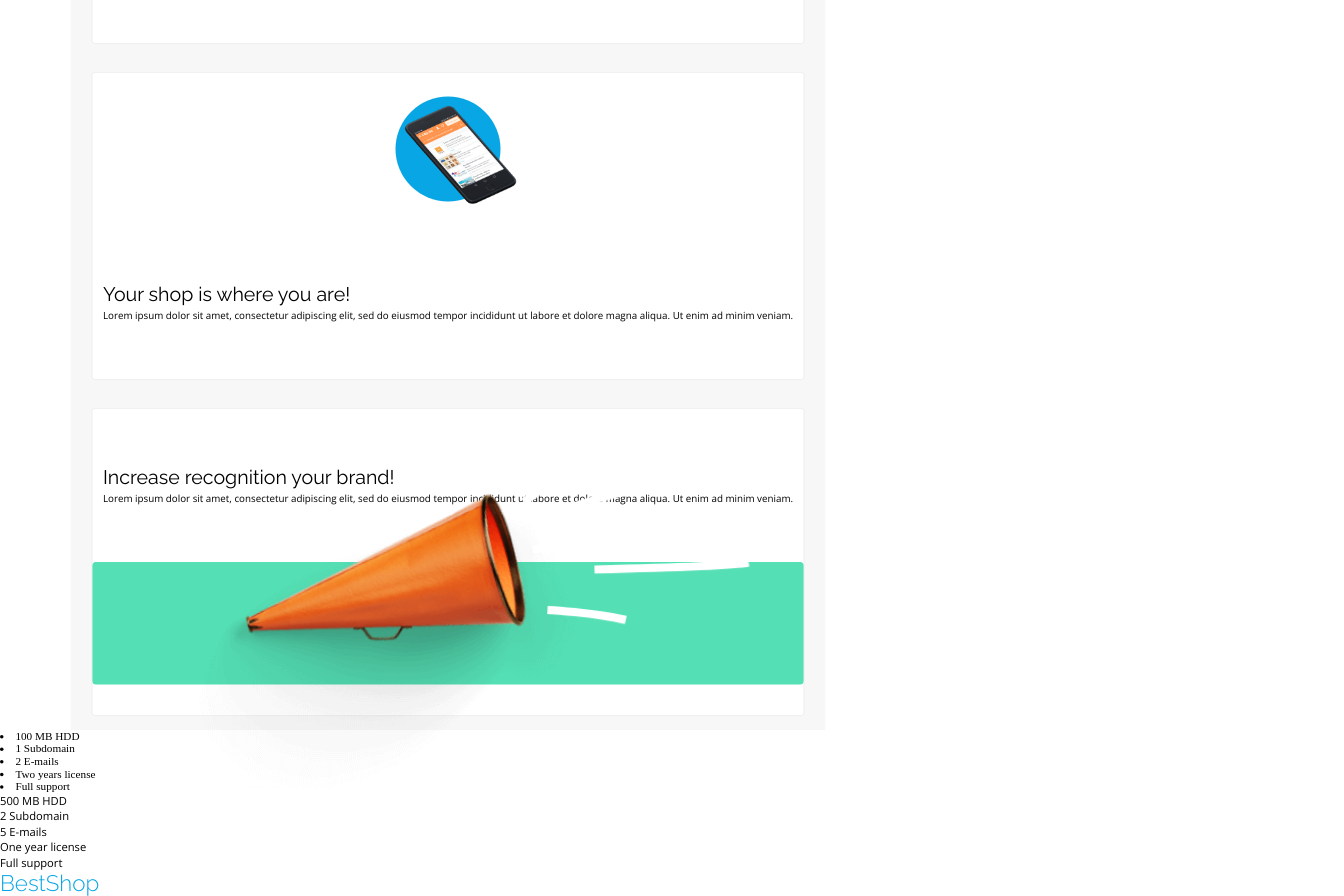
Repository: artwol993/BestShop
Page: index.html
An editor plug-in stored every save of this project. The page is shown before and after the next save, followed by the edit.
The browser window is 1280 px wide. The page is 1920 px wide, so the pictures cover 1920 px, including what lies to the right of the window. The pictures show the part of the page from y = 2227 to 3507 px (the page is 3507 px tall), at 70% of full size.
The style sheet was rebuilt from its Sass, Less or Tailwind sources for each picture, by a compiler version that may differ from the author's.

Above is the page before, as saved 2020-06-01 23:04:27.

### index.html
<!DOCTYPE html>
<html lang="en">
<head>
    <meta charset="UTF-8">
    <meta name="viewport" content="width=device-width, initial-scale=1.0">
    <title>BestShop[artwol993]</title>
    <link rel="stylesheet" href="css/main.css">
    <style>
        @import url('https://fonts.googleapis.com/css2?family=Open+Sans:wght@400;700&display=swap');
    </style>
    <style>
        @import url('https://fonts.googleapis.com/css2?family=Raleway:wght@300;400;700;800&display=swap');
    </style>
</head>
<body>
    <div class="main__container">
        <header>
            <div class="logo">BestShop</div>
            <nav class="nav">
                <!-- <button class="hamburger" aria-label="Menu">
                    <span class="hamburger__container" tabindex="-1">
                        <span class="hamburger__bars"></span>
                      </span>
                </button> -->
                <div class="side__menu">
                    <!-- <ul class="nav__list">
                        <li class="nav__list-item"><a href="" class="nav__link">why us</a></li>
                        <li class="nav__list-item"><a href="" class="nav__link">benefits</a></li>
                        <li class="nav__list-item"><a href="" class="nav__link">prices</a></li>
                        <li class="nav__list-item"><a href="" class="nav__link">contact</a></li>
                    </ul> -->
                </div>
            </nav>
        </header>

        <div class="content__container">
            <div class="main">

<!-- welcome-section -->

                <section class="welcome">
                    <div class="welcome__content">
                        <h1>Sell More!</h1>
                        <p>Open shop on our platform and incrase your sales</p>
                        <button class="main-btn">Open your shop</button>
                    </div>
                    <img src="/assets/Background.png" alt="notebook-picture" class="welcome__picture">
                </section>

<!-- stats-section -->

                <section class="stats">
                    <h2>The most popular sales platform in country</h2>
                    <div class="stats__container">
                        <div class="stats__bin">
                            <div class="stats__circle-person"></div>
                            <img src="./assets/Person.svg" alt="person-contour" class="stats__img-person">
                            <span>100000+</span>
                            <p>daily entries</p>
                        </div>
                        <div class="stats__bin">
                            <div class="stats__circle-eye"></div>
                            <img src="./assets/Eye.svg" alt="person-contour" class="stats__img-eye">
                            <span>200000+</span>
                            <p>seen products<br> every day</p>
                        </div>
                        <div class="stats__bin">
                            <div class="stats__circle-catalog"></div>
                            <img src="./assets/Catalog.svg" alt="person-contour" class="stats__img-catalog">
                            <span>10000+</span>
                            <p>added posts <br> daily</p>
                        </div>
                    </div>
                </section>

<!-- profits-section -->

                <section class="profits">
                    <div class="profits__container">
                        <div class="profits__box">
                            <div class="profits__box__double__img profits__box__double__img-notebook">
                                <img src="/assets/Macbook.png" alt="notebook-picture" class="notebook-picture">
                            </div>
                            <div class="profits__box__double">
                                <h2>Be always first</h2>
                                <p>Lorem ipsum dolor sit amet, consectetur adipiscing elit, sed do eiusmod tempor incididunt ut labore et dolore magna aliqua. Ut enim ad minim veniam.</p>
                            </div>
                        </div>
                        <div class="profits__box">
                            <div class="profits__box__double__img profits__box__double__img-iphone">
                                <img src="/assets/iPhone.png" alt="phone-picture" class="phone-picture">
                            </div>
                            <div class="profits__box__double">
                                <h2>Your shop is where you are!</h2>
                                <p>Lorem ipsum dolor sit amet, consectetur adipiscing elit, sed do eiusmod tempor incididunt ut labore et dolore magna aliqua. Ut enim ad minim veniam.</p>
                            </div>
                        </div>
                        <div class="profits__box">
                            <div class="profits__box__double">
                                <h2>Increase recognition your brand!</h2>
                                <p>Lorem ipsum dolor sit amet, consectetur adipiscing elit, sed do eiusmod tempor incididunt ut labore et dolore magna aliqua. Ut enim ad minim veniam.</p>
                            </div>
                            <div class="profits__box__double__img profits__box__double__img-trumpet">
                                <img src="/assets/Trumpet.png" alt="trumpet-photo" class="trumpet-picture" >
                            </div>
                        </div>

                    </div>
                </section>

<!-- pricing-section -->

                <section class="pricing">
                    <div class="pricing__container">
                        <h2></h2>
                        <div class="pricing__box">
                            <div class="pricing__box__price">

                            </div>
                            <div class="pricing__box__list">
                            <li class="include">100 MB HDD</li>
                            <li class="include">1 Subdomain</li>
                            <li class="include">2 E-mails</li>
                            <li class="not__include">Two years license</li>
                            <li class="not__include">Full support</li>

                        </div>
                        </div>
                        <div class="pricing__box">
                            <div class="pricing__box">
                                <div class="pricing__box__price">
                                    <ul class="pricing__list">
                                        <li class="include">500 MB HDD</li>
                                        <li class="include">2 Subdomain</li>
                                        <li class="include">5 E-mails</li>
                                        <li class="include">One year license</li>
                                        <li class="not__include">Full support</li>
                                    </ul>
                                </div>

                            </div>
                        </div>
                        <div class="pricing__box">

                        </div>


                    </div>
                </section>

<!-- contact-section -->

                <section class="contact"></section>
            </div>
        </div>

        <footer>
            <div class="logo">BestShop</div>
            <div class="footer-icon"></div>
            <div class="footer-icon"></div>
        </footer>
    </div>
</body>
</html>

### scss/main.scss
    $c-primary-first: #08a6e4;
    $c-primary-second: #fb3b64;
    $c-primary-third: #55dfb4;
    $c-black: #000000;
    $c-white: #ffffff;
    $c-background: #f7f7f7;
    $c-details: #a5a5a5;
    $c-shadow: #00000029;
    $f-h: 'Raleway', sans-serif;
    $f-p: 'Open Sans', sans-serif;
    $fw-light: 300;
    $fw-normal: 400;
    $fw-bold: 700;
    $fw-black: 800;

/*reset*/

  * {
      margin: 0;
      padding: 0;
      box-sizing: border-box;
  }

  /* fonts */

  a, p, ul, span {
    font-family: $f-p;
  }

  h1 {
    font-size: 3.063rem;
    font-weight: $fw-normal;
    font-family: $f-h;
    color: $c-black;
  }

  h2 {
    font-size: 2.188rem;
    font-weight: $fw-normal;
    font-family: $f-h;
    color: $c-black;
  }

  h3 {
    font-size: 1.25rem;
    font-weight: $fw-bold;
    margin: 5px;
    font-family: $f-h;
    color: $c-black;
  }

  .logo {
    font-size: 2rem;
    font-weight: $fw-light;
    font-family: $f-h;
    color: $c-primary-first;
    text-decoration: none;
    cursor: pointer;
  }

  .body {
      width: 100vh;
  }
  /*header*/
  header {
      height: 70px;
      display: flex;
      align-items: center;
      justify-content: space-between;
      padding: 0 25px;
      box-shadow: 0px 3px 6px $c-shadow;
  }

//   .hamburger {
//     margin: 0;
//     padding: 0;
//     border: 0;
//     background-color: transparent;
//     cursor: pointer;
//     &:focus {
//         & > .hamburger__container {
//           	box-shadow: 0 0 2px 2px #51a7e8;
//         }
//     }
//   }

//   .hamburger__container {
//     display: flex;
//     align-items: center;
//     position: relative;
//     width: 35px;
//     height: 30px;
//   }

//   .hamburger__bars {
//     position: absolute;
//     width: 35px;
//     height: 2px;
//     background-color: #000;
//     transition: transform 220ms ease-in-out;
//     &:before, &:after {
//         display: block;
//         position: absolute;
//         width: 35px;
//         height: 2px;
//         background-color: #000;
//         content: '';
//     }
//     &:before {
//         top: -12px;
//         transition: top 100ms 250ms ease-in, transform 220ms ease-in-out;
//     }
//     &:after {
//         bottom: -12px;
//         transition: bottom 100ms 250ms ease-in,
//           			transform 220ms ease-in-out;
//     }
//   }

//   .hamburger--active {
//     .hamburger__bars {
//         transform: rotate(225deg);
//         transition: transform 220ms 120ms ease-in-out;
//         &:before {
//             top: 0;
//             transition: top 100ms ease-out;
//         }
//         &:after {
//             bottom: 0;
//             transform: rotate(-90deg);
//             transition: bottom 100ms ease-out,
//             		  	transform 220ms 120ms ease-in-out;
//         }
//     }
// }

//   .hamburger, .hamburger__container {
//     &:focus {
//       	outline: none;
//   	}
//   }

//   .side__menu {
//     display: flex;
//     box-sizing: border-box;
//     position: absolute;
//     height: 70%;
//     width: 200px;
//     top: 70px;
//     right: -300px;
//     padding: 0;
//     background-color: red;
//     transition: 0.3s transform ease-in-out;
//   }

//   .side__menu ul {
//     position: absolute;
//     display: flex;
//     flex-direction: column;
//     box-sizing: border-box;
//     height: calc(100% - 70px);
//     flex-wrap: wrap;
//     margin: 0 10px;
//     padding: 0;
//     list-style-type: none;
//     align-content: flex-start;
//   }

//   .side-__menu ul li {
//     display: flex;
//     flex-direction: column;
//     height: 30px;
//     background: $c-primary-second;
//     flex-basis: 100%;
//     margin-top: 70px;
//     color: #696e9e;
//     border-radius: 5px;
//     overflow: hidden;
//   }

//   .side__menu ul li a {
//     display: flex;
//     padding: 10px;
//     align-items: center;
//     width: 100%;
//     height: 100%;
//     background: $c-primary-third;
//     text-decoration: none;
//     box-sizing: border-box;
//   }

//   .hamburger:focus ~ .side__menu, .side__menu:hover {
//     transform: translateX(-300px);
//   }

.nav__list {
  display: flex;
  justify-content: space-around;
  align-items: center;
}

.nav__list-item {
  // padding: 10px;
  list-style: none;
  // margin-right: 50px;
}

.nav__link {
  color: $c-details;
  font-weight: $fw-bold;
  text-decoration: none;
  text-transform: uppercase;
  font-size: 11px;

  &:hover {
    color: $c-black;
    border-bottom: solid 3px $c-primary-first;
    padding-bottom: 23px;
  }
}

/*content*/

.content__container {
  width: calc(100wv - 20px);
  // background: pink;
  display: flex;
  align-items: center;
  justify-content: center;
}

// .main {
//   background: blue;
// }

.welcome {
  display: flex;
  flex-direction: column;
  align-items: center;
}

.welcome__content {
  margin: 50px 10px;
  display: flex;
  flex-direction: column;
  align-items: center;
}

.welcome__content p {
  text-align: center;
  margin-top: 20px;
}

.main-btn {
  margin-top: 25px;
  padding: 22px 90px;
  border-radius: 40px;
  font-weight: 800;
  border: none;
  text-align: center;
  text-decoration: none;
  background: $c-primary-first;
  color: $c-white;
}

.welcome__picture {
  width: 200%;
  height: auto;
  margin-bottom: 20px;
  object-position: center;

}

// stats-section

.stats h2 {
  text-align: center;
  margin-top: 20px;
}

.stats__container {
  display: flex;
  flex-direction: column;
  align-items: center;
  margin: 10px 0;
}

.stats__bin {
  margin-top: 25px;
  display: flex;
  flex-direction: column;
  align-items: center;
}

div[class*="stats__circle"] {
  width: 63px;
  height: 63px;
  border-radius: 50%;
  position: relative;
  margin: 10px 0;
}

.stats__circle-person {
  background: $c-primary-second;
}
.stats__circle-eye {
  background: $c-primary-first;
}

.stats__circle-catalog {
  background: $c-primary-third;
}

img[class*="stats__img"] {
  position: absolute;
}

.stats__img-person {
  margin-top: 15px;
  margin-left: 25px;
}

.stats__img-eye {
  width: 65px;
  margin-top: 24px;
  margin-left: 23px;
}

.stats__img-catalog {
  margin-top: 15px;
  margin-left: 25px;
}

.stats__bin span {
  font-size: 20px;
  font-weight: $fw-bold;
  margin-top: 15px;
  letter-spacing: 3px;
}

.stats__bin p {
  margin-top: 15px;
  font-size: 17px;
  font-weight: $fw-normal;
  color: $c-details;
  text-align: center;
}

/*profits-section*/

.profits {
  display: flex;
  flex-direction: column;
  align-items: center;
}

.profits__container {
  display: flex;
  flex-direction: column;
  align-items: center;
  background: $c-background;
}

.profits__box {
  height: 440px;
  margin: 20px 30px;
  background: $c-white;
  border-radius: 5px;
  border: solid 1px #E8E9ED;
  box-sizing: border-box;
  display: flex;
  flex-direction: column;
}

.profits__box__double {
  height: 50%;
  padding: 5px;
  display: flex;
  flex-direction: column;
  justify-content: center;
  box-sizing: border-box;
}

.profits__box__double__img {
  height: 50%;
  display: flex;
  align-items: center;
  justify-content: center;
}

.profits__box__double__img:last-of-type {
  background: $c-primary-third;
  border-radius: 5px;
  margin: 0;
  height: 40%;
}

.notebook-picture {
  width: 200px;
  height: auto;
  position: absolute;
  z-index: 1;
}

.phone-picture {
  width: 200px;
    height: auto;
    position: relative;
    z-index: 1;
    top: 12px;
    left: 23px;
}

.trumpet-picture {
  width: 85%;
  height: auto;
}


.profits__box__double h2 {
  font-size: 28px;
  padding: 2px 10px;
}

.profits__box__double p {
  font-size: 14px;
  font-weight: $fw-normal;
  padding: 2px 10px;
}

.profits__box__double__img-notebook::after {
  content: "";
  display: block;
  width: 140px;
  height: 140px;
  background-color: #fb3b64;
  border-radius: 40px;
  position: relative;
  transform: rotate(45deg);
  left: 40px;
  top: -36px;
}


.profits__box__double__img-iphone::after {
  content: "";
  width: 150px;
  height: 150px;
  background-color: $c-primary-first;
  display: block;
  border-radius: 50%;
  position: absolute;
}



// pricing section

After the next save:
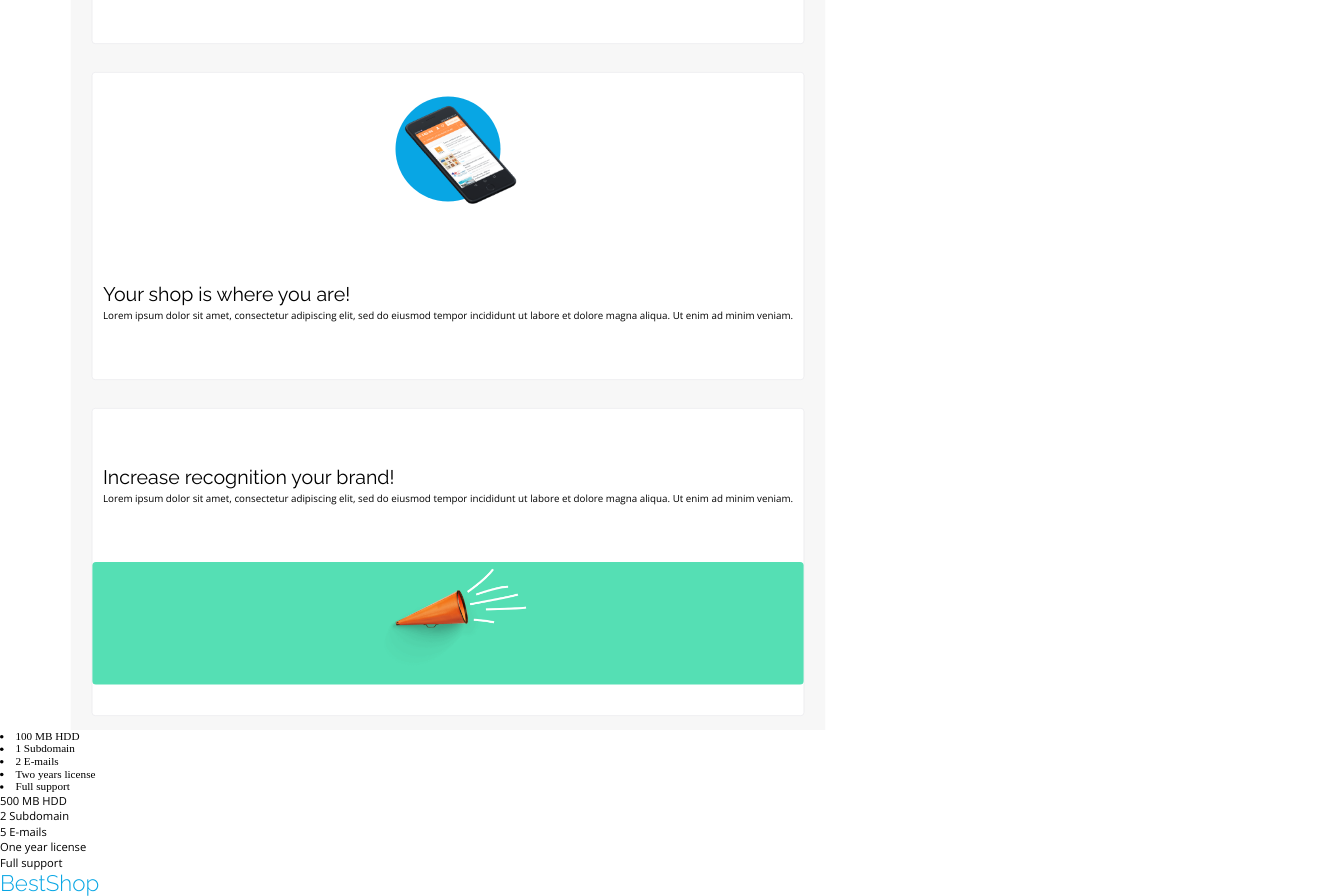
Saved 3 min 43 s later.
--- a/scss/main.scss
+++ b/scss/main.scss
@@ -412,8 +412,8 @@
 }
 
 .trumpet-picture {
-  width: 85%;
-  height: auto;
+  width: auto;
+  height: 90%;
 }
 
 
